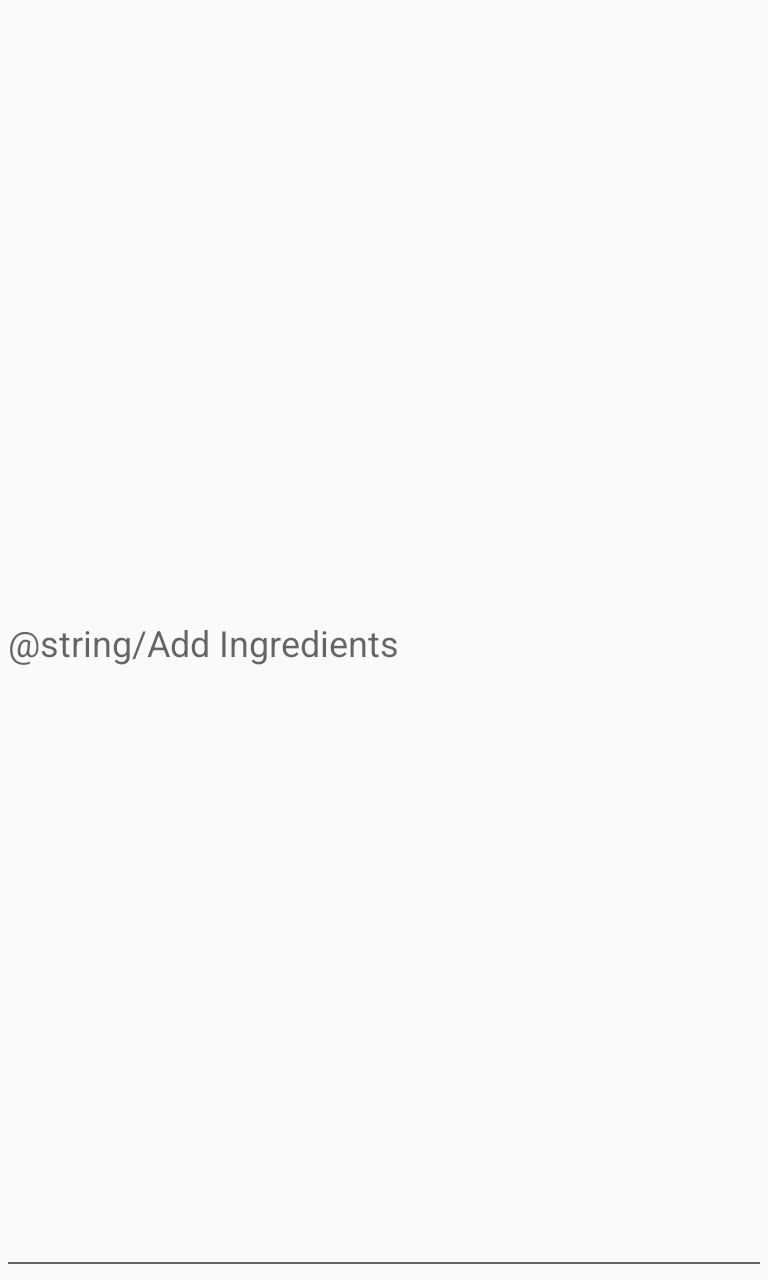
Repository: csaade/pigout
Layout: EC327Project/pigout/res/layout/listview_ingredients.xml
An editor plug-in stored every save of this project. The layout is shown before and after the next save, followed by the edit.
It is drawn on a 768 x 1280 px phone screen (xhdpi) without system bars, with theme AppTheme; the app's code is not run.

Above is the layout before, as saved 2014-12-03 02:31:19.

After the next save:
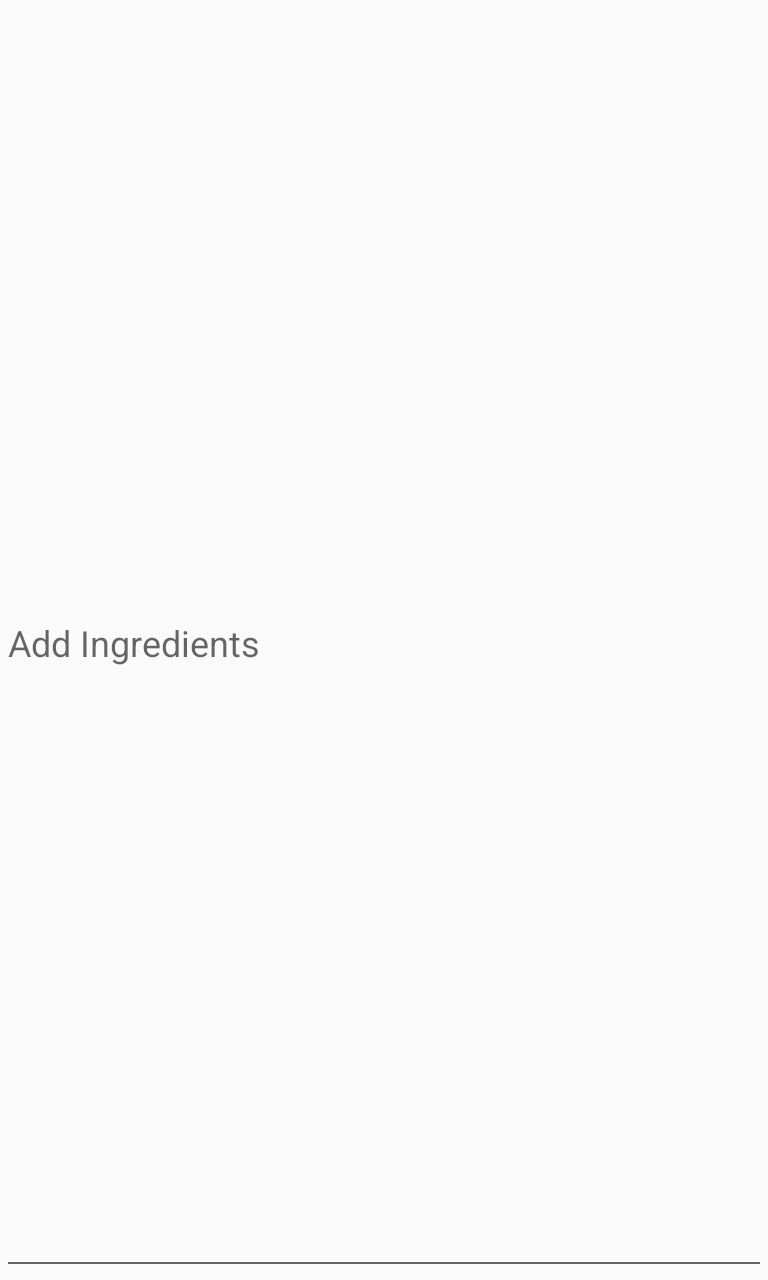
Saved 80 s later.
--- a/EC327Project/pigout/res/layout/listview_ingredients.xml
+++ b/EC327Project/pigout/res/layout/listview_ingredients.xml
@@ -2,6 +2,7 @@
 <EditText xmlns:android="http://schemas.android.com/apk/res/android"
     android:layout_width="match_parent"
     android:layout_height="match_parent"
-    android:hint="@string/Add Ingredients">
+    android:inputType="text"
+    android:hint="Add Ingredients">
 
 </EditText>
